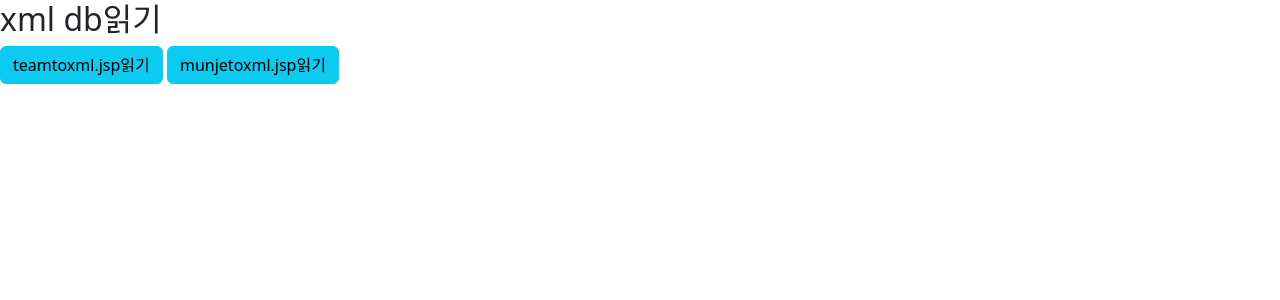
Repository: GANADAG/jspProject
Page: JspProject/src/main/webapp/ajax0304/dbRead.html
An editor plug-in stored every save of this project. The page is shown before and after the next save, followed by the edit.
The browser window is 1280 px wide. The pictures show the whole page.
Some web fonts or font styles are not loaded; a fallback is used.

Above is the page before, as saved 2024-03-04 07:29:10.

After the next save:
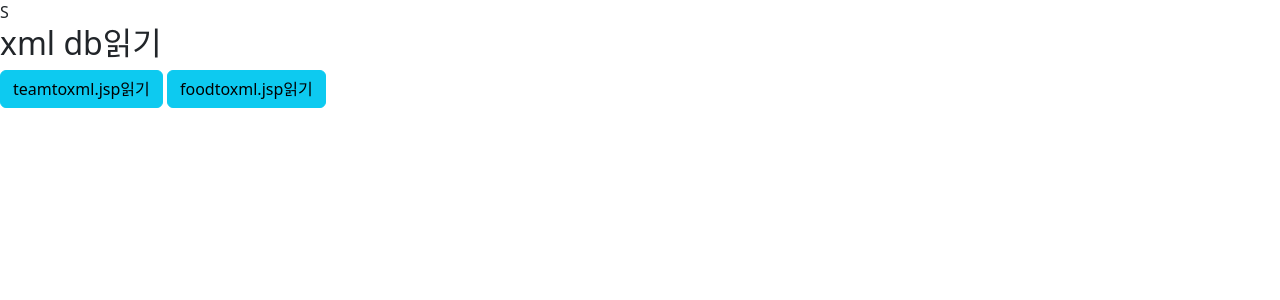
Saved 6 min 24 s later.
--- a/JspProject/src/main/webapp/ajax0304/dbRead.html
+++ b/JspProject/src/main/webapp/ajax0304/dbRead.html
@@ -42,11 +42,11 @@
 	})
 </script>
 </head>
-<body>
+<body>S
 	<h2>xml db읽기</h2>
 	<button type="button" class="btn btn-info" id="btnteam">teamtoxml.jsp읽기</button>
 
-	<button type="button" class="btn btn-info" id="btnmunje">munjetoxml.jsp읽기</button>
+	<button type="button" class="btn btn-info" id="btnfood">foodtoxml.jsp읽기</button>
 	<div id="show"></div>
 
 </body>
